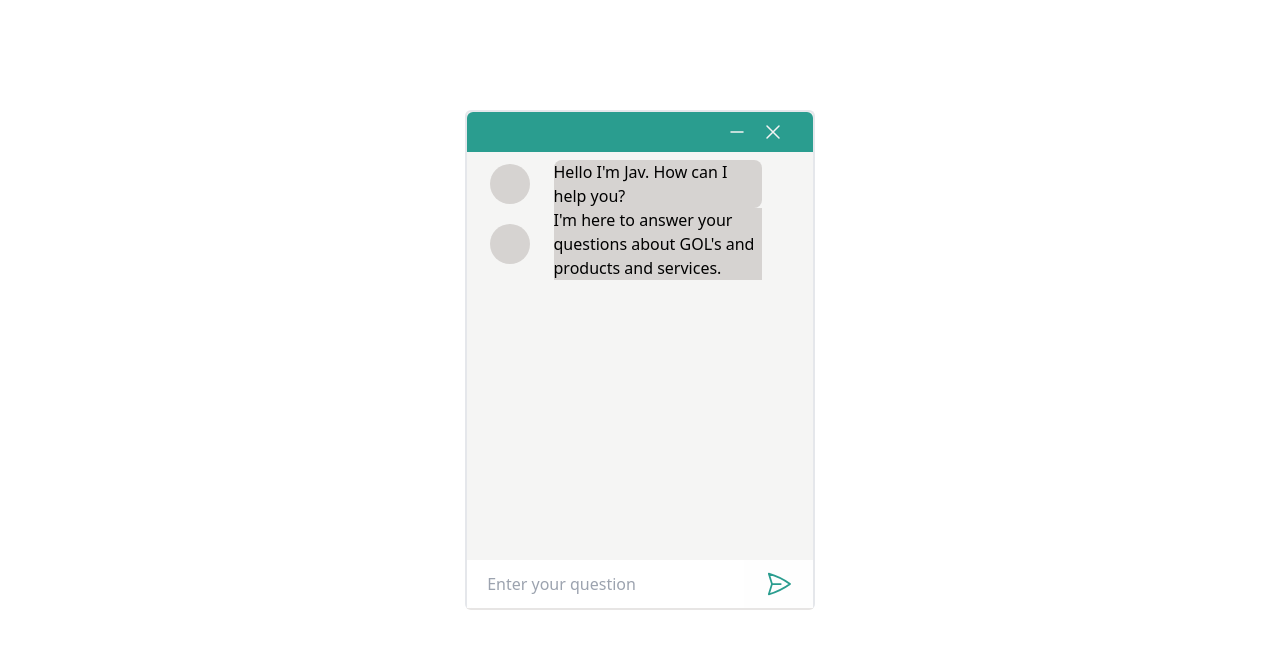
Repository: hsumyatm7308/Chatbot
Page: index.html
The author's editor kept a copy of each file at every save. The page is drawn from the files as they stood at one save, then again after the next save.
The browser window is 1280 px wide. The pictures show the whole page.
Some web libraries are served in a nearby version.

Above is the page before, as saved 2023-07-09 11:31:38.

After the next save:
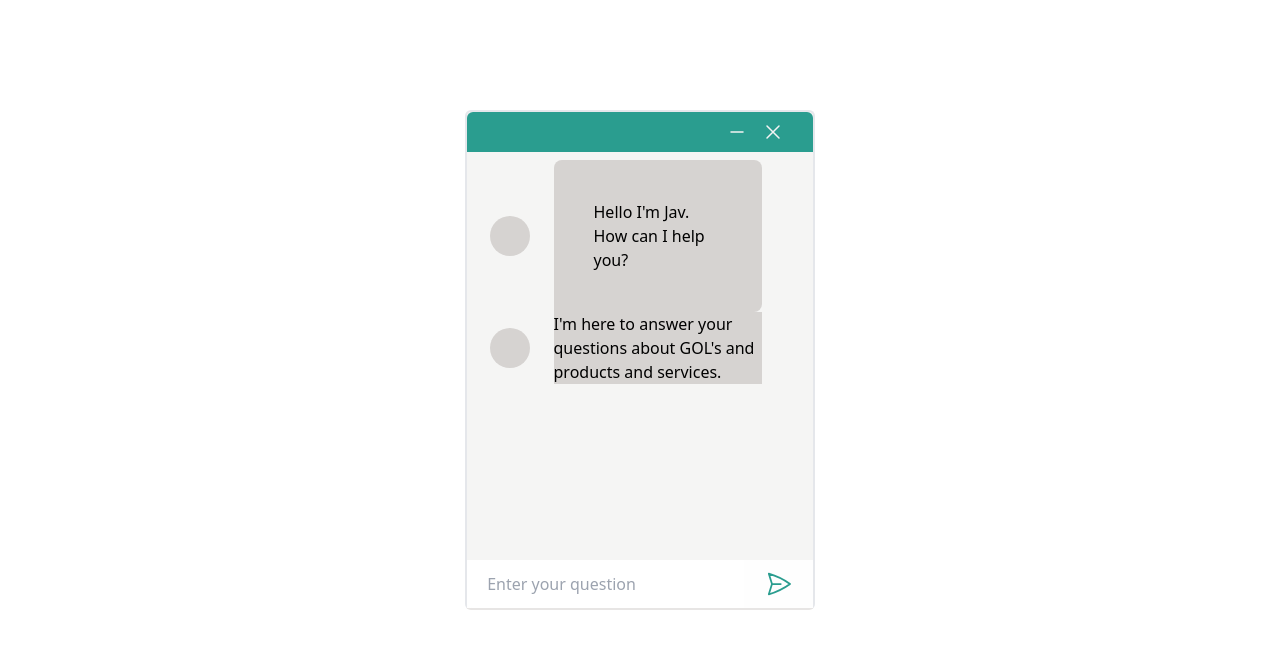
Saved 98 s later.
--- a/index.html
+++ b/index.html
@@ -33,7 +33,7 @@
                        </div>
                        <div class=" col-span-3">
                             <div class="w-full h-auto ">
-                                    <div class="w-52 h-full bg-stone-300 rounded-lg rounded-bl-none">
+                                    <div class="w-52 h-full bg-stone-300 rounded-lg rounded-bl-none p-10">
                                         <span>Hello I'm Jav. How can I help you?</span>
                                     </div>
                             </div>
